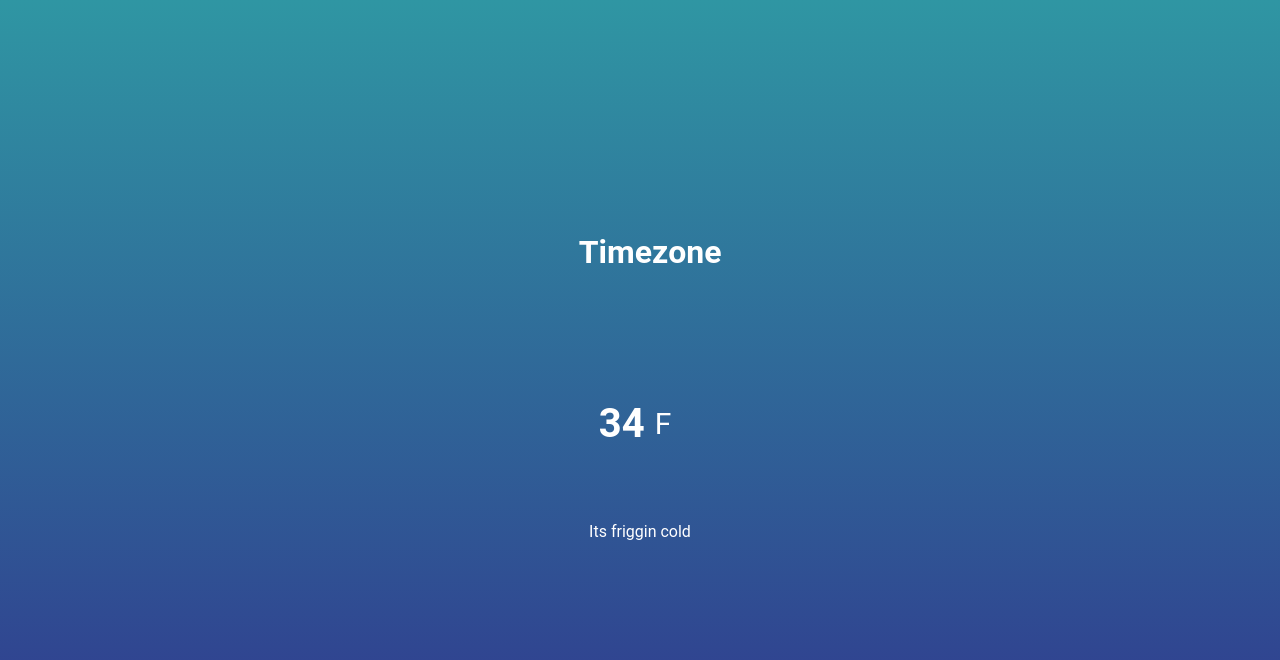
Repository: BaczkiewiczDawid/weatherApp
Page: index.html
The author's editor kept a copy of each file at every save. The page is drawn from the files as they stood at one save, then again after the next save.
The browser window is 1280 px wide. The pictures show the whole page.

Above is the page before, as saved 2020-02-22 20:04:13.

After the next save:
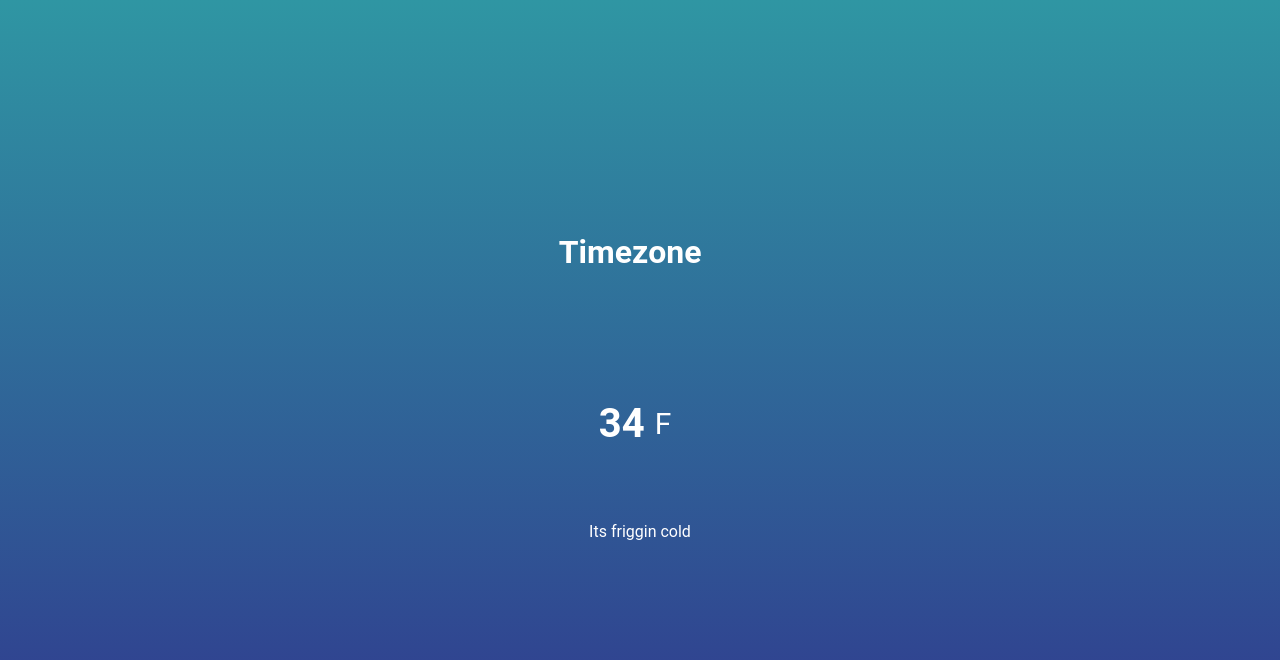
Saved 6 s later.
--- a/style.css
+++ b/style.css
@@ -12,9 +12,6 @@ body, html {
     flex-direction: column;
     color: white;
     background: linear-gradient(rgb(47,150,163), rgb(48,62,143));
-}
-.location {
-    margin-left: 100px;
 }
 .location, .temperature {
     height: 30vh;
